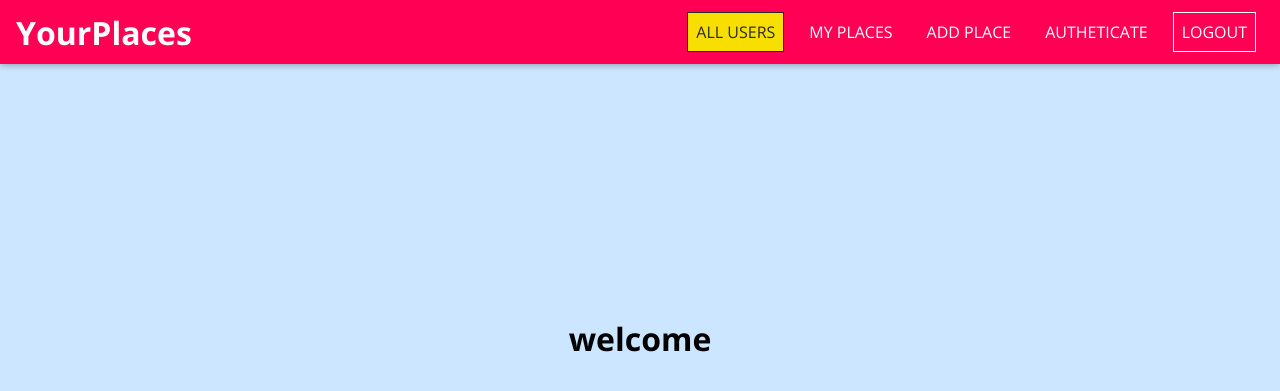
Repository: TanviSanyal/ImageEditingBootcamp
Page: /
An editor plug-in stored every save of this project. The page is shown before and after the next save, followed by the edit.
The browser window is 1280 px wide. The pictures show the whole page.
The project was rebuilt for these pictures with package versions that can differ from the ones it lists, and the page was loaded fresh each time. Also part of the build but not shown: src/shared/components/navigation/SideDrawer.css, src/shared/components/UIElements/Backdrop.css, src/shared/components/UIElements/Backdrop.js.

Above is the page before, as saved 2020-09-26 22:12:04.

After the next save:
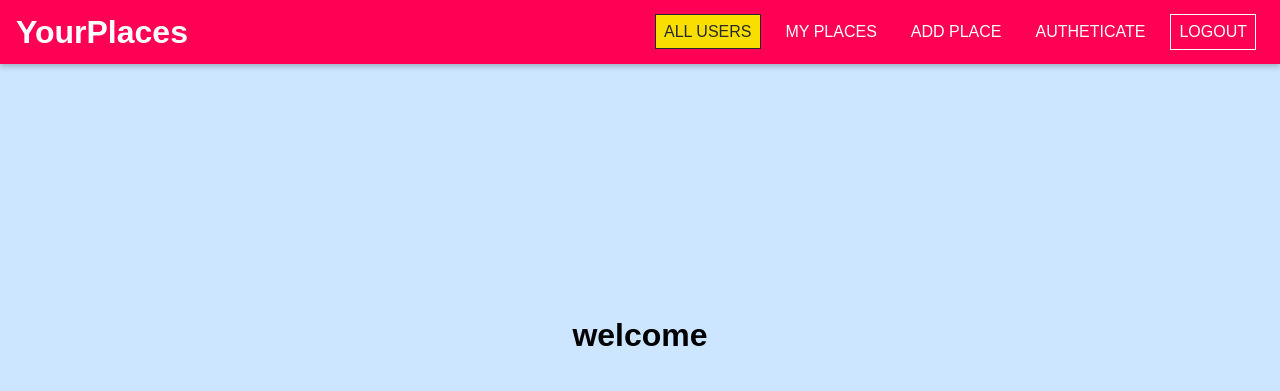
Saved 3 min 3 s later.
--- a/src/index.css
+++ b/src/index.css
@@ -5,7 +5,8 @@
 }
 
 html {
-  font-family: 'Open Sans', sans-serif;
+  font-family:Arial, Helvetica, sans-serif;
+	font-weight:normal;
 }
 
 body {
